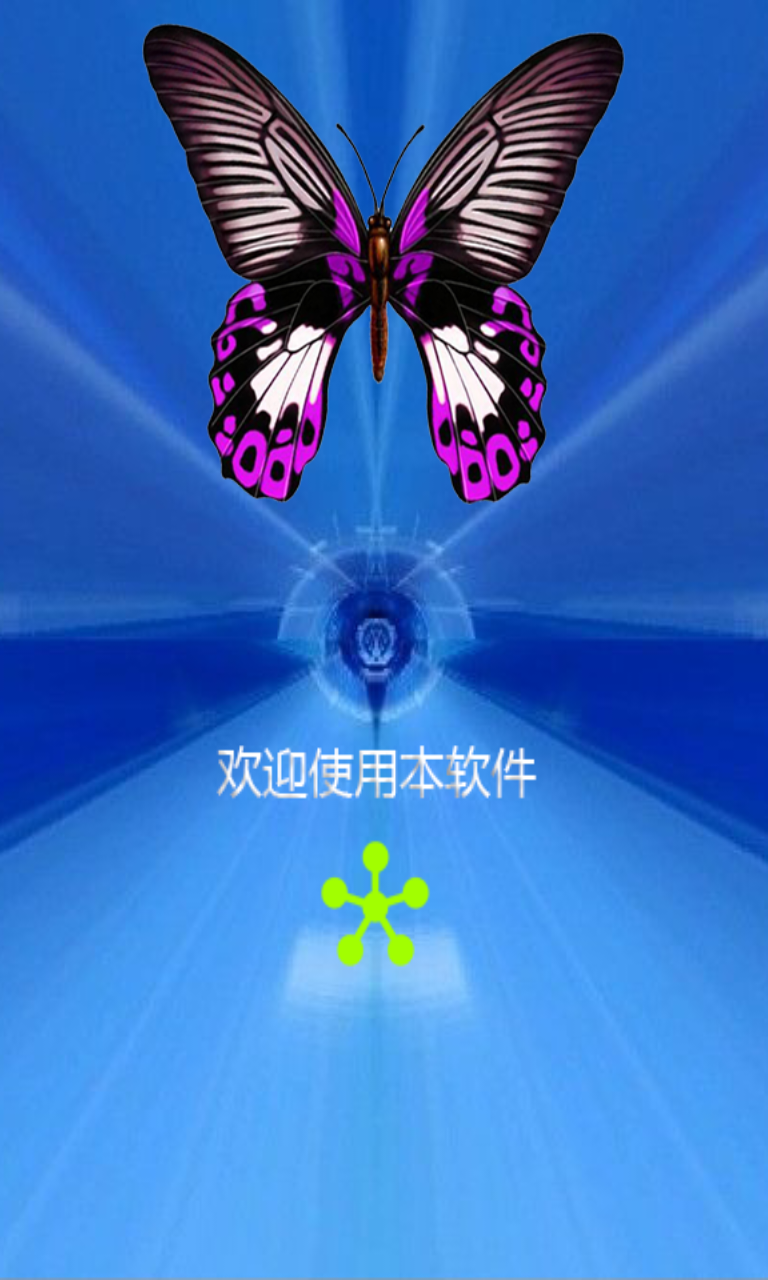
Repository: mimimy/MassagePro
Layout: BLE-Version/MassageTool/res/layout/activity_splash.xml
An editor plug-in stored every save of this project. The layout is shown before and after the next save, followed by the edit.
It is drawn on a 768 x 1280 px phone screen (xhdpi) without system bars, with theme AppTheme; the app's code is not run.

Above is the layout before, as saved 2018-07-23 13:24:25.

### BLE-Version/MassageTool/res/layout/activity_splash.xml
<RelativeLayout xmlns:android="http://schemas.android.com/apk/res/android"
    xmlns:tools="http://schemas.android.com/tools"
    android:id="@+id/rl_root"
    android:layout_width="match_parent"
    android:layout_height="match_parent"
    android:background="@drawable/splash"
    tools:context="com.example.splash.SplashActivity" >

    <ImageView
        android:id="@+id/imageView1"
        android:layout_width="wrap_content"
        android:layout_height="wrap_content"
        android:layout_alignParentTop="true"
        android:layout_centerHorizontal="true"
        android:src="@drawable/flying" />

</RelativeLayout>

Loaded but not shown: BLE-Version/MassageTool/res/values/styles.xml (common file); BLE-Version/MassageTool/res/values-v11/styles.xml (common file); BLE-Version/MassageTool/res/values-v14/styles.xml (common file)

After the next save:
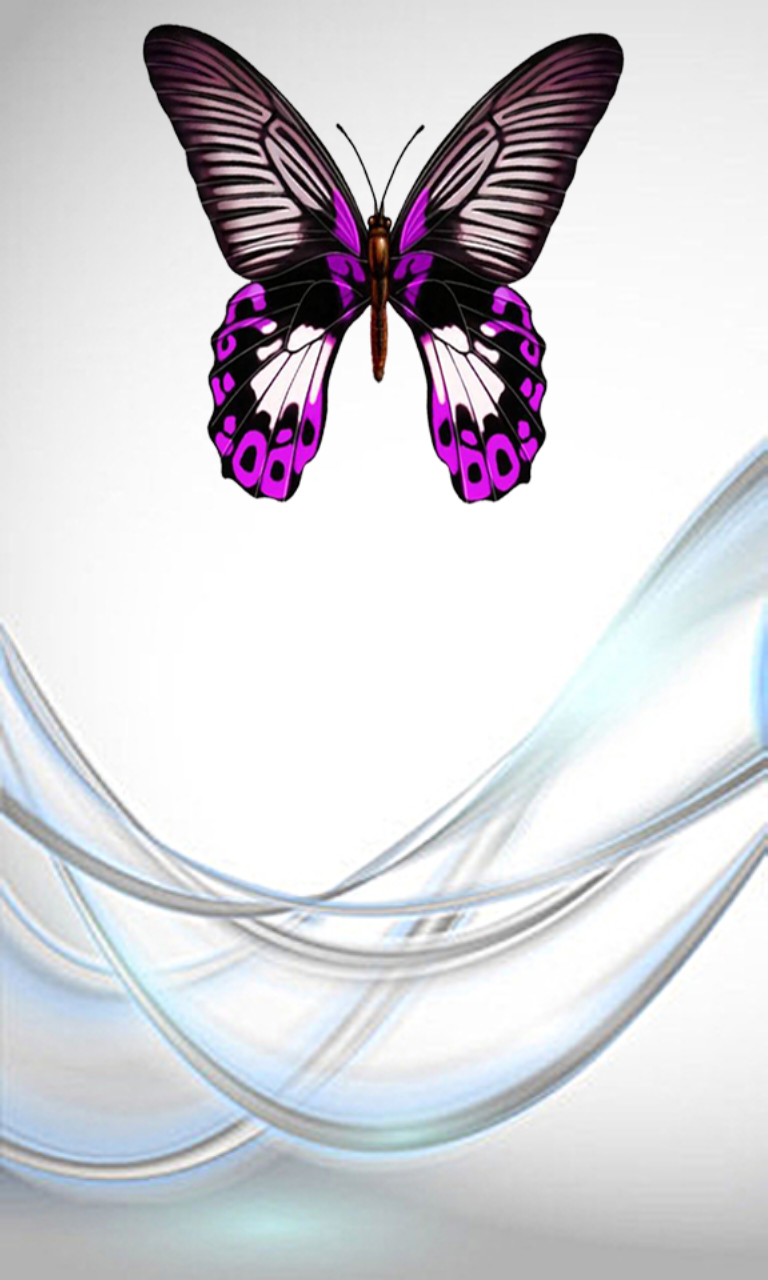
Saved 74 s later.
--- a/BLE-Version/MassageTool/res/layout/activity_splash.xml
+++ b/BLE-Version/MassageTool/res/layout/activity_splash.xml
@@ -3,7 +3,7 @@
     android:id="@+id/rl_root"
     android:layout_width="match_parent"
     android:layout_height="match_parent"
-    android:background="@drawable/splash"
+    android:background="@drawable/bk"
     tools:context="com.example.splash.SplashActivity" >
 
     <ImageView
